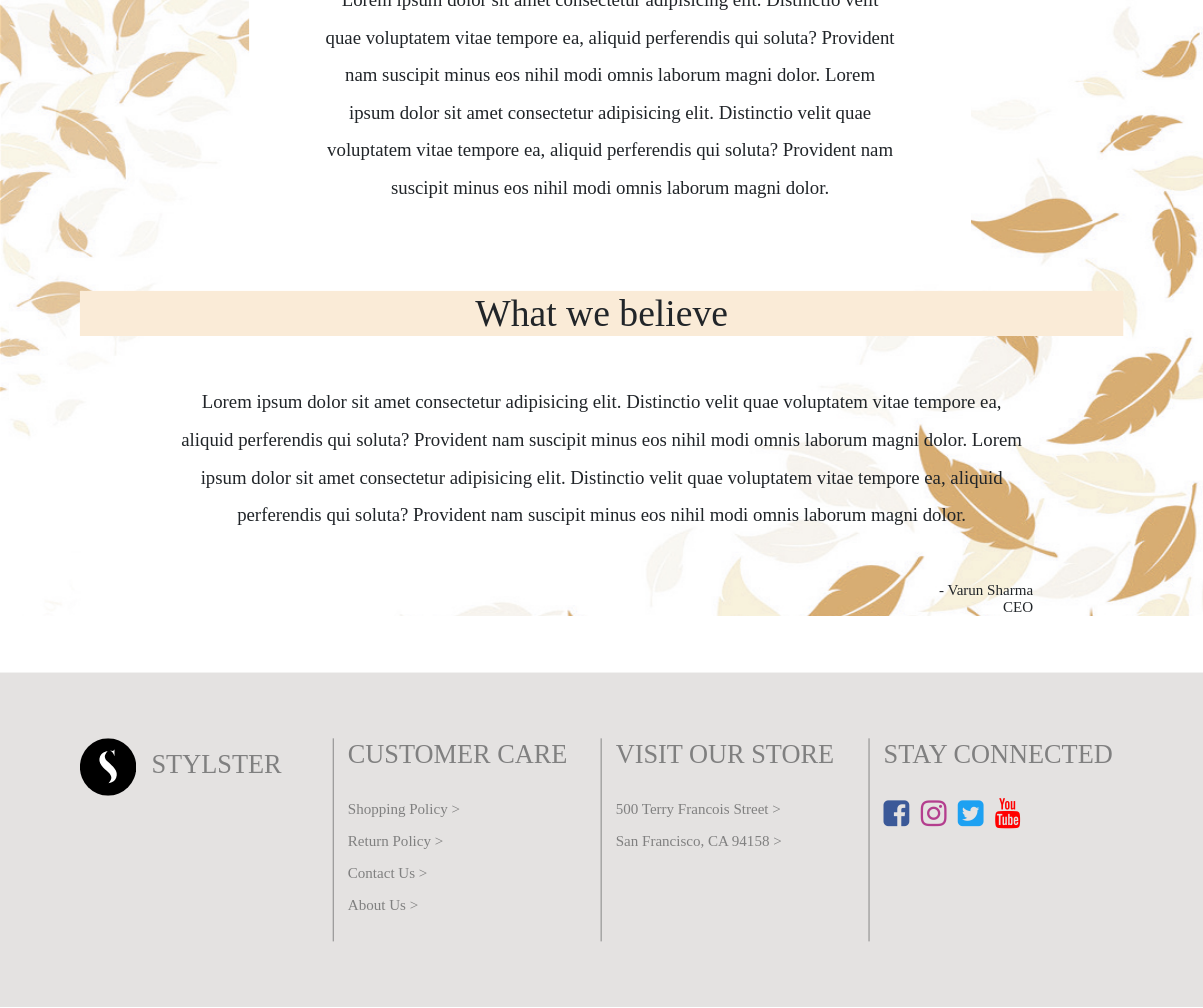
Repository: Lovekr/stylester
Page: stylster_frontend_design/career.html
The author's editor kept a copy of each file at every save. The page is drawn from the files as they stood at one save, then again after the next save.
The browser window is 1280 px wide. The pictures show the part of the page from y = 875 to 1947 px (the page is 1947 px tall before and 1887 px after), at 94% of full size.
Some web fonts or font styles are not loaded; a fallback is used.

Above is the page before, as saved 2020-02-26 17:37:09.

After the next save:
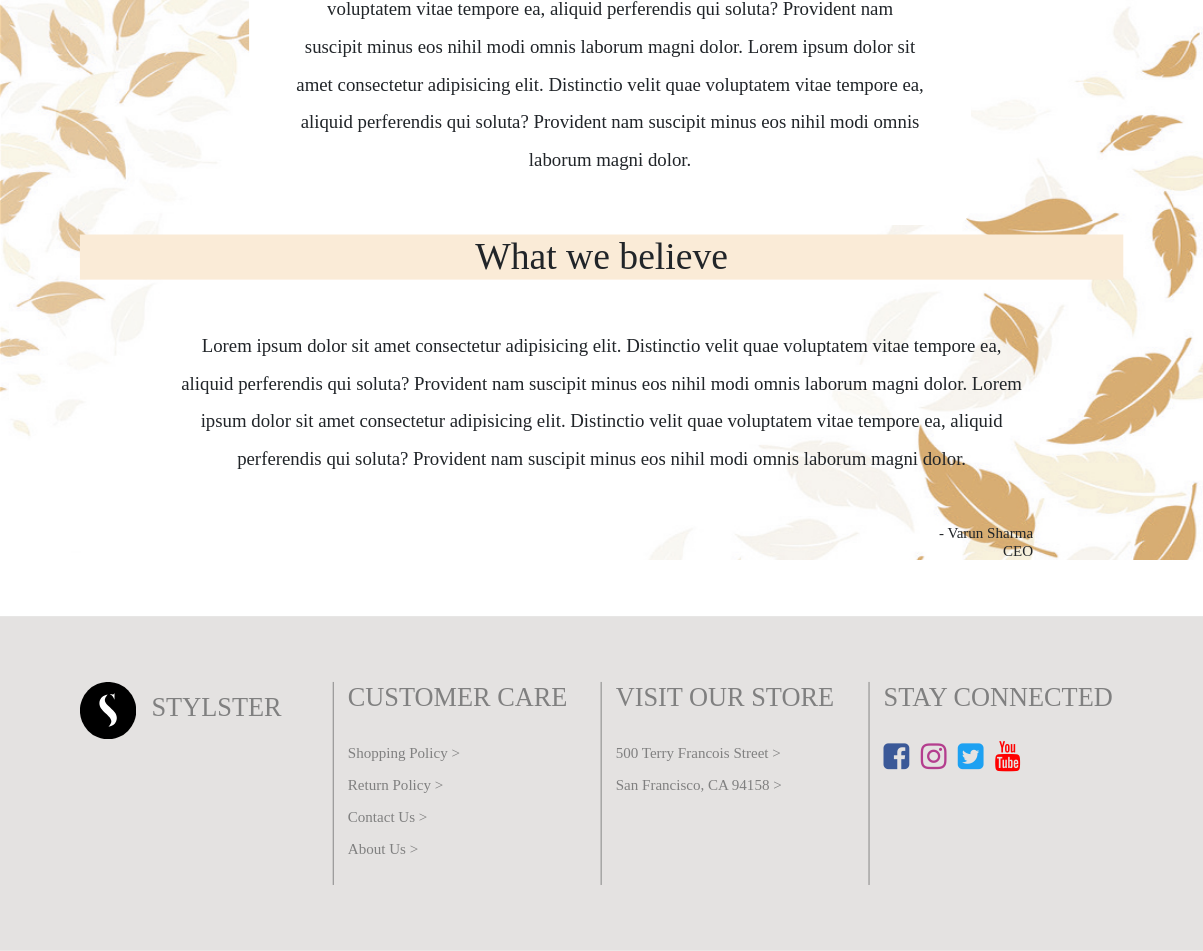
Saved 12 s later.
--- a/stylster_frontend_design/css/career.css
+++ b/stylster_frontend_design/css/career.css
@@ -195,7 +195,7 @@ h1,h2,h3,h4,h5,h6,p{
    top: -100px;
    left: 20%;
     line-height: 40px;
-    padding: 80px;
+    padding: 50px;
     width: 100;
     border-radius: 20px;
     align-items: center;
